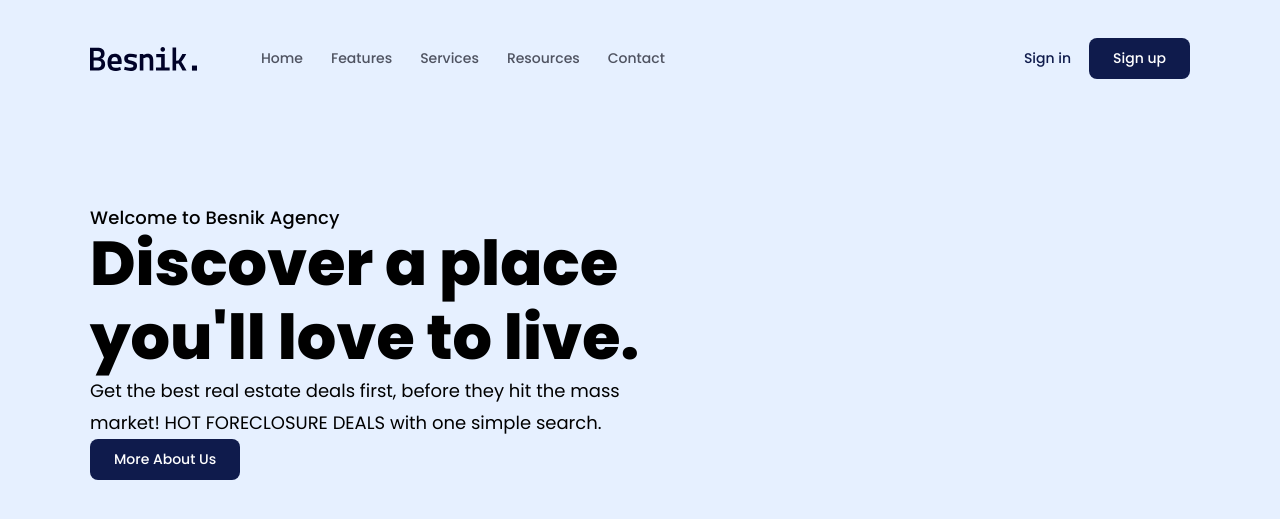
Repository: ducvui2003/f8-project-01
Page: index.html
These files come from the project's save history. The page is drawn as it stood at one moment and after the next save; the edit follows.
The browser window is 1280 px wide. The pictures show the whole page.

Above is the page before, as saved 2023-06-16 19:44:16.

After the next save:
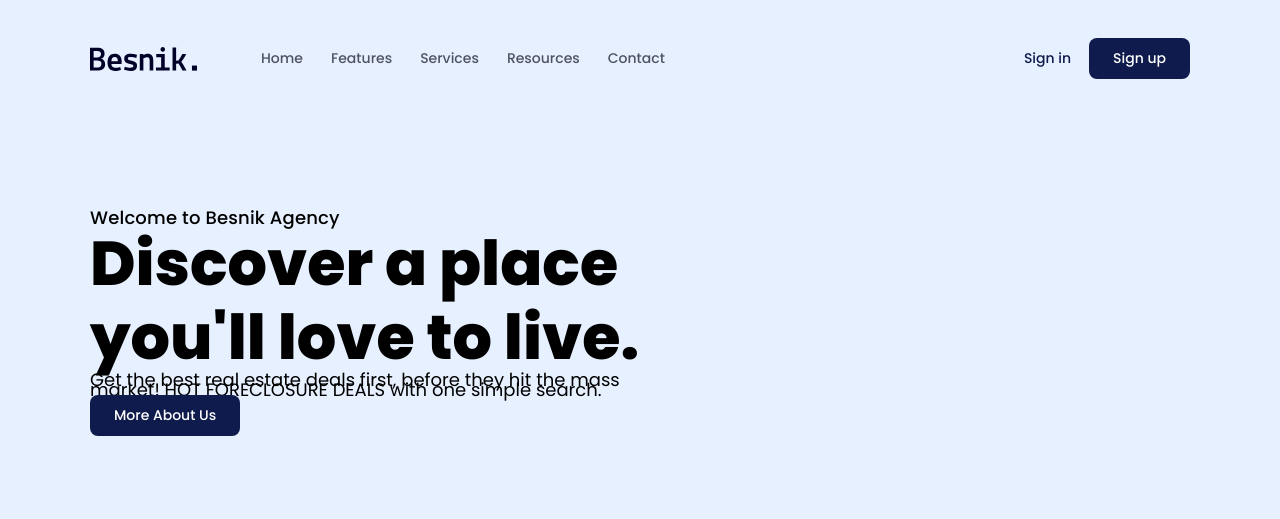
Saved 31 s later.
--- a/asset/css/styles.css
+++ b/asset/css/styles.css
@@ -102,5 +102,5 @@
   font-style: normal;
   font-weight: 400;
   font-size: 1.8rem;
-  line-height: 3.2rem;
+  line-height: 0.5625;
 }
